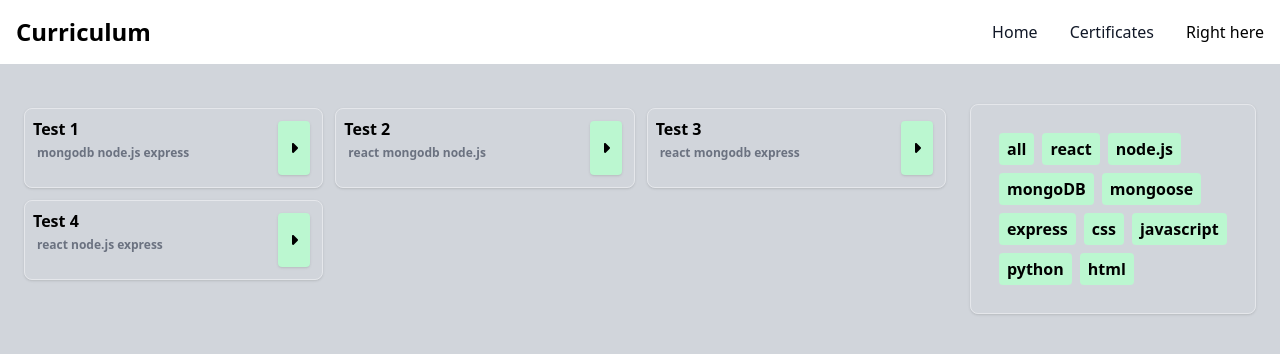
Repository: JetPi/Presentatio-Project
Page: /about/certificates
An editor plug-in stored every save of this project. The page is shown before and after the next save, followed by the edit.
The browser window is 1280 px wide. The pictures show the whole page.
The project was rebuilt for these pictures with package versions that can differ from the ones it lists, and the page was loaded fresh each time. The framework's server and built-in components were replaced by stand-ins that run in the browser. Also part of the build but not shown: next.config.js.

Above is the page before, as saved 2023-04-04 15:24:36.

### src/pages/_app.tsx
import "@/styles/globals.css";
import type { AppProps } from "next/app";
import { NavBar } from "@/components/NavBar";

const navList = [
  { text: "Home", href: "/" },
  { text: "Certificates", href: "/about/certificates" },
];

export default function App({ Component, pageProps }: AppProps) {
  return (
    <div className="min-h-screen pb-2 bg-gray-300 h-cover">
      <NavBar navList={navList} />
      <Component {...pageProps} />
    </div>
  );
}

### src/pages/about/certificates.tsx
import { Card, CardTitle, CardButton } from "@/components/Card";
import CertificateList from "@/components/CertificateList";
import Image from "next/image";
import { Url } from "url";

const DUMMY_SKILL_LIST = [
  "react",
  "node.js",
  "mongoDB",
  "mongoose",
  "express",
  "css",
  "javascript",
  "python",
  "html",
];

const url: Url = {
  href: "/about/me",
  auth: null,
  hash: null,
  host: null,
  hostname: null,
  path: null,
  pathname: null,
  protocol: null,
  search: null,
  slashes: null,
  port: null,
  query: null,
};

const DUMMY_TEST = [
  {
    name: "Test 1",
    source: "Source 1",
    description: "DESCRIPTION HERE",
    image: "https://picsum.photos/200/300",
    skills: ["mongoDB", "Node.js", "Express"],
    url,
  },
  {
    name: "Test 2",
    source: "Source 2",
    description: "DESCRIPTION HERE",
    image: "https://picsum.photos/200/300",
    skills: ["react", "mongoDB", "Node.js"],
    url,
  },
  {
    name: "Test 3",
    description: "DESCRIPTION HERE",
    source: "Source 3",
    image: "https://picsum.photos/200/300",
    skills: ["react", "mongoDB", "Express"],
    url,
  },
  {
    name: "Test 4",
    source: "Source 4",
    description: "DESCRIPTION HERE",
    image: "https://picsum.photos/200/300",
    skills: ["react", "Node.js", "Express"],
    url,
  },
];

export default function Certificate() {
  return (
    <div>
      <CertificateList itemList={DUMMY_TEST} skillList={DUMMY_SKILL_LIST} />
    </div>
  );
}

### src/styles/globals.css
@tailwind base;
@tailwind components;
@tailwind utilities;

:root {
  --max-width: 1100px;
  --border-radius: 12px;
  --font-mono: ui-monospace, Menlo, Monaco, "Cascadia Mono", "Segoe UI Mono",
    "Roboto Mono", "Oxygen Mono", "Ubuntu Monospace", "Source Code Pro",
    "Fira Mono", "Droid Sans Mono", "Courier New", monospace;

  --foreground-rgb: 0, 0, 0;
  --background-start-rgb: 214, 219, 220;
  --background-end-rgb: 255, 255, 255;

  --primary-glow: conic-gradient(
    from 180deg at 50% 50%,
    #16abff33 0deg,
    #0885ff33 55deg,
    #54d6ff33 120deg,
    #0071ff33 160deg,
    transparent 360deg
  );
  --secondary-glow: radial-gradient(
    rgba(255, 255, 255, 1),
    rgba(255, 255, 255, 0)
  );

  --tile-start-rgb: 239, 245, 249;
  --tile-end-rgb: 228, 232, 233;
  --tile-border: conic-gradient(
    #00000080,
    #00000040,
    #00000030,
    #00000020,
    #00000010,
    #00000010,
    #00000080
  );

  --callout-rgb: 238, 240, 241;
  --callout-border-rgb: 172, 175, 176;
  --card-rgb: 180, 185, 188;
  --card-border-rgb: 131, 134, 135;
}

@media (prefers-color-scheme: dark) {
  :root {
    --foreground-rgb: 255, 255, 255;
    --background-start-rgb: 0, 0, 0;
    --background-end-rgb: 0, 0, 0;

    --primary-glow: radial-gradient(rgba(1, 65, 255, 0.4), rgba(1, 65, 255, 0));
    --secondary-glow: linear-gradient(
      to bottom right,
      rgba(1, 65, 255, 0),
      rgba(1, 65, 255, 0),
      rgba(1, 65, 255, 0.3)
    );

    --tile-start-rgb: 2, 13, 46;
    --tile-end-rgb: 2, 5, 19;
    --tile-border: conic-gradient(
      #ffffff80,
      #ffffff40,
      #ffffff30,
      #ffffff20,
      #ffffff10,
      #ffffff10,
      #ffffff80
    );

    --callout-rgb: 20, 20, 20;
    --callout-border-rgb: 108, 108, 108;
    --card-rgb: 100, 100, 100;
    --card-border-rgb: 200, 200, 200;
  }
}

* {
  box-sizing: border-box;
  padding: 0;
  margin: 0;
}

html,
body {
  max-width: 100vw;
  overflow-x: hidden;
}

body {
  color: rgb(var(--foreground-rgb));
}

a {
  color: inherit;
  text-decoration: none;
}

@media (prefers-color-scheme: dark) {
  html {
    color-scheme: dark;
  }
}

### src/components/NavBar.tsx
import Image from "next/image";
import Link from "next/link";
import { useRouter } from "next/router";
import { ReactNode } from "react";
type NavData = {
  href: string;
  text: string;
};

interface Props {
  children?: ReactNode | string;
  href?: string;
  navList?: Array<NavData>;
}

function NavItem({ children, href }: Props) {
  return (
    <li>
      <Link
        href={{ pathname: href }}
        className="block py-2 pl-3 pr-4 text-gray-900 rounded hover:bg-gray-100 md:hover:bg-transparent md:border-0 md:hover:text-blue-700 md:p-0 dark:text-white md:dark:hover:text-blue-500 dark:hover:bg-gray-700 dark:hover:text-white md:dark:hover:bg-transparent"
      >
        {children}
      </Link>
    </li>
  );
}

export function NavBar({ navList }: Props) {
  const router = useRouter();
  const { locale, locales, defaultLocale, asPath, pathname, query } = router;
  return (
    <nav className="bg-white border-gray-200 dark:bg-gray-900">
      <div className="flex flex-wrap items-center justify-between max-w-screen-xl p-4 mx-auto">
        <span className="self-center text-2xl font-semibold whitespace-nowrap dark:text-white">
          Curriculum
        </span>

        <div className="block w-auto" id="navbar-default">
          <ul className="flex flex-col p-4 mt-4 font-medium border border-gray-100 rounded-lg md:p-0 bg-gray-50 md:flex-row md:space-x-8 md:mt-0 md:border-0 md:bg-white dark:bg-gray-800 md:dark:bg-gray-900 dark:border-gray-700">
            {navList?.map((item) => {
              return (
                <NavItem href={item.href} key={Math.random()}>
                  {item.text}
                </NavItem>
              );
            })}

            <Link href={{ pathname, query }} as={asPath} locale={"es-ES"}>
              {" "}
              Right here
            </Link>
          </ul>
        </div>
      </div>
    </nav>
  );
}

### src/components/CertificateList.tsx
import React, { MouseEventHandler, useEffect, useState } from "react";
import { Url } from "url";
import { Card, CardButton, CardTitle } from "./Card";
import Image from "next/image";
import { LinkButton } from "./Button";

interface Props {
  itemList: Array<{
    name: string;
    image: string;
    description: string;
    skills: Array<string>;
    url: Url;
  }>;
  skillList: Array<string>;
}

interface buttonProps {
  skill: string;
  onClickHandler: MouseEventHandler;
}

function CertificateButton({ skill, onClickHandler }: buttonProps) {
  return (
    <button
      className="px-2 py-1 m-1 font-semibold bg-green-200 border-green-800 rounded"
      onClick={onClickHandler}
    >
      {skill}
    </button>
  );
}

export default function CertificateList({ itemList, skillList }: Props) {
  const initialList = itemList.map((item) => {
    return {
      ...item,
      skills: item.skills.map((skill) => {
        return skill.toLowerCase();
      }),
    };
  });
  const [list, setList] = useState(initialList);

  function skillRemover(skill: string) {
    let tempList = initialList.filter((item) => {
      return item.skills.includes(skill);
    });
    setList(tempList);
  }

  return (
    <div className="flex flex-row">
      <div className="grid w-3/4 grid-cols-3 gap-1 mt-10 ml-5 h-fit">
        {list?.map((item) => {
          return (
            <Card key={item.name} styling="flex flex-row p-2 h-20 m-1">
              <div className="flex flex-col">
                <div className="font-bold">{item.name}</div>
                <div className="w-full m-1 text-xs font-semibold text-gray-500">
                  {item.skills.map((skill) => {
                    return skill + " ";
                  })}
                </div>
              </div>
              <LinkButton href={"/"} styling="w-fit ml-auto">
                <svg
                  className="w-4 h-4 my-auto"
                  aria-hidden="true"
                  fill="currentColor"
                  xmlns="http://www.w3.org/2000/svg"
                  viewBox="0 0 256 512"
                >
                  <path d="M118.6 105.4l128 127.1C252.9 239.6 256 247.8 256 255.1s-3.125 16.38-9.375 22.63l-128 127.1c-9.156 9.156-22.91 11.9-34.88 6.943S64 396.9 64 383.1V128c0-12.94 7.781-24.62 19.75-29.58S109.5 96.23 118.6 105.4z" />
                </svg>
                <span className="sr-only">Arrow key right</span>
              </LinkButton>
            </Card>
          );
        })}
      </div>
      <div className="w-1/4 mt-10 ml-5">
        <Card styling="mr-6 p-6">
          <ul className="flex flex-row flex-wrap">
            <CertificateButton
              skill={"all"}
              onClickHandler={() => setList(initialList)}
            />
            {skillList?.map((item) => {
              return (
                <li key={item}>
                  <CertificateButton
                    skill={item}
                    onClickHandler={() => {
                      skillRemover(item);
                    }}
                  />
                </li>
              );
            })}
          </ul>
        </Card>
      </div>
    </div>
  );
}

### src/components/Card.tsx
import { redirect } from "next/dist/server/api-utils";
import Link from "next/link";
import { useRouter } from "next/router";
import { Url } from "url";
import React, { MouseEventHandler, ReactNode, useState } from "react";
interface Props {
  children?: ReactNode;
  styling?: string;
  href?: string;
}

interface ButtonProps {
  children?: ReactNode;
  styling?: string;
  href: Url;
}

export function Card({ styling, children }: Props) {
  return (
    <div
      className={`${
        styling ? styling : "flex justify-stretch p-6 bg-white"
      }   border border-gray-200 rounded-lg shadow dark:bg-gray-800 dark:border-gray-700 dark:hover:bg-gray-700`}
    >
      {children}
      <p className="font-normal text-gray-700 dark:text-gray-400"></p>
    </div>
  );
}

export function CardButton({ href, styling, children }: ButtonProps) {
  return (
    <Link
      className={`${
        styling ? styling : "w-32  "
      } p-2 text-center bg-white border border-gray-200 rounded-lg shadow hover:bg-gray-100 dark:bg-gray-800 dark:border-gray-700 dark:hover:bg-gray-700`}
      href={href.href}
    >
      {children}
    </Link>
  );
}

export function CardTitle({ children }: Props) {
  return (
    <h5 className="mb-2 text-2xl font-bold tracking-tight text-center text-gray-900 dark:text-white">
      {children}
    </h5>
  );
}

### src/components/Button.tsx
import { Url } from "url";
import Link from "next/link";
import React from "react";

interface ButtonProps {
  styling?: string;
  onClick?: React.MouseEventHandler;
  children?: React.ReactNode;
}

interface LinkProps {
  styling?: string;
  href: string;
  children?: React.ReactNode;
}

export function Button({ onClick, styling, children }: ButtonProps) {
  return (
    <button
      className={`${styling} px-2 py-1 m-1 font-semibold bg-green-200 rounded`}
      onClick={onClick}
    >
      {children}
    </button>
  );
}

export function LinkButton({ href, styling, children }: LinkProps) {
  return (
    <Link
      href={href}
      className={`${styling} flex justify-center px-2 py-1 m-1 font-semibold bg-green-200 rounded shadow hover:bg-green-300 dark:bg-gray-800 dark:border-gray-700 dark:hover:bg-gray-700`}
    >
      {children}
    </Link>
  );
}

Loaded but not shown: src/pages/_document.tsx (common file); tailwind.config.js (common file)

After the next save:
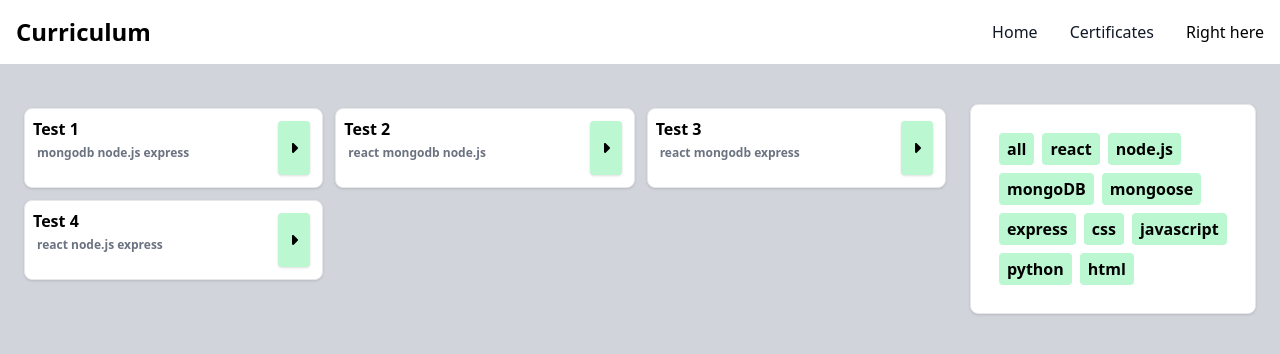
Saved 41 s later.
--- a/src/components/CertificateList.tsx
+++ b/src/components/CertificateList.tsx
@@ -54,7 +54,7 @@ export default function CertificateList({ itemList, skillList }: Props) {
       <div className="grid w-3/4 grid-cols-3 gap-1 mt-10 ml-5 h-fit">
         {list?.map((item) => {
           return (
-            <Card key={item.name} styling="flex flex-row p-2 h-20 m-1">
+            <Card key={item.name} styling="flex flex-row p-2 h-20 m-1 bg-white">
               <div className="flex flex-col">
                 <div className="font-bold">{item.name}</div>
                 <div className="w-full m-1 text-xs font-semibold text-gray-500">
@@ -80,7 +80,7 @@ export default function CertificateList({ itemList, skillList }: Props) {
         })}
       </div>
       <div className="w-1/4 mt-10 ml-5">
-        <Card styling="mr-6 p-6">
+        <Card styling="mr-6 p-6 bg-white">
           <ul className="flex flex-row flex-wrap">
             <CertificateButton
               skill={"all"}
